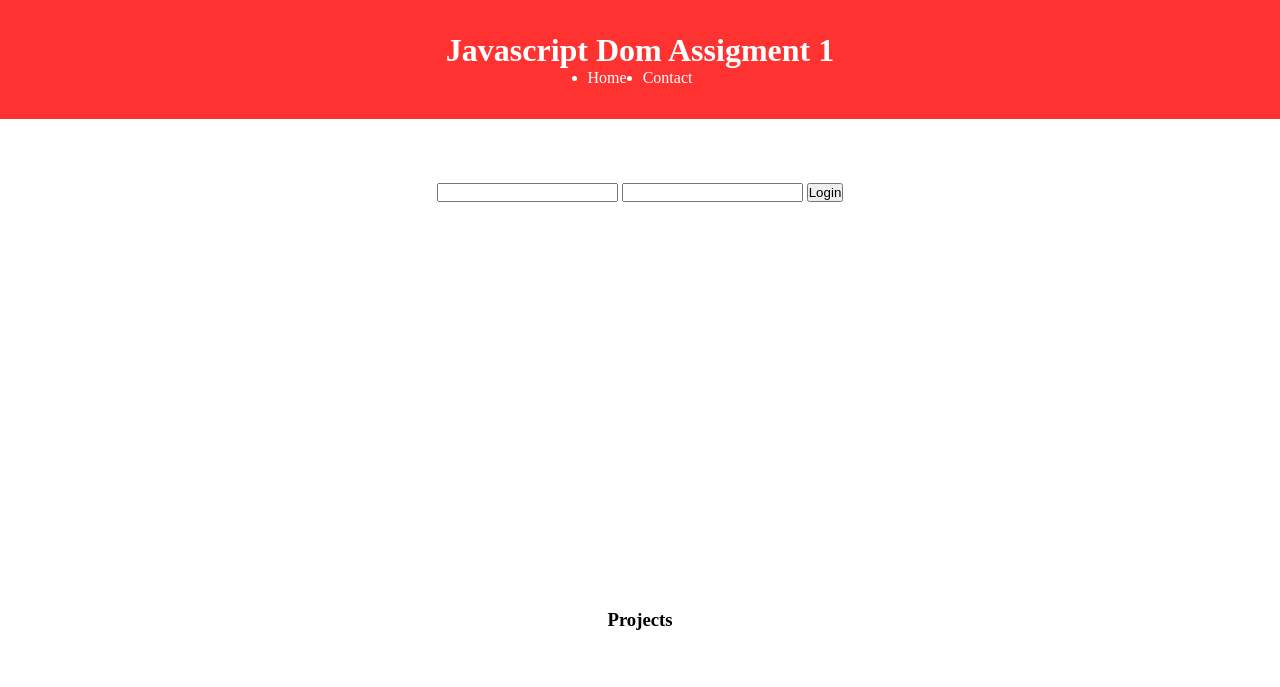
Repository: haakanerol/haakanerol
Page: Js.ass1/index.html
The author's editor kept a copy of each file at every save. The page is drawn from the files as they stood at one save, then again after a run of saves.
The browser window is 1280 px wide. The pictures show the whole page.

Above is the page before, as saved 2024-02-25 15:59:52.

After the next 2 saves:
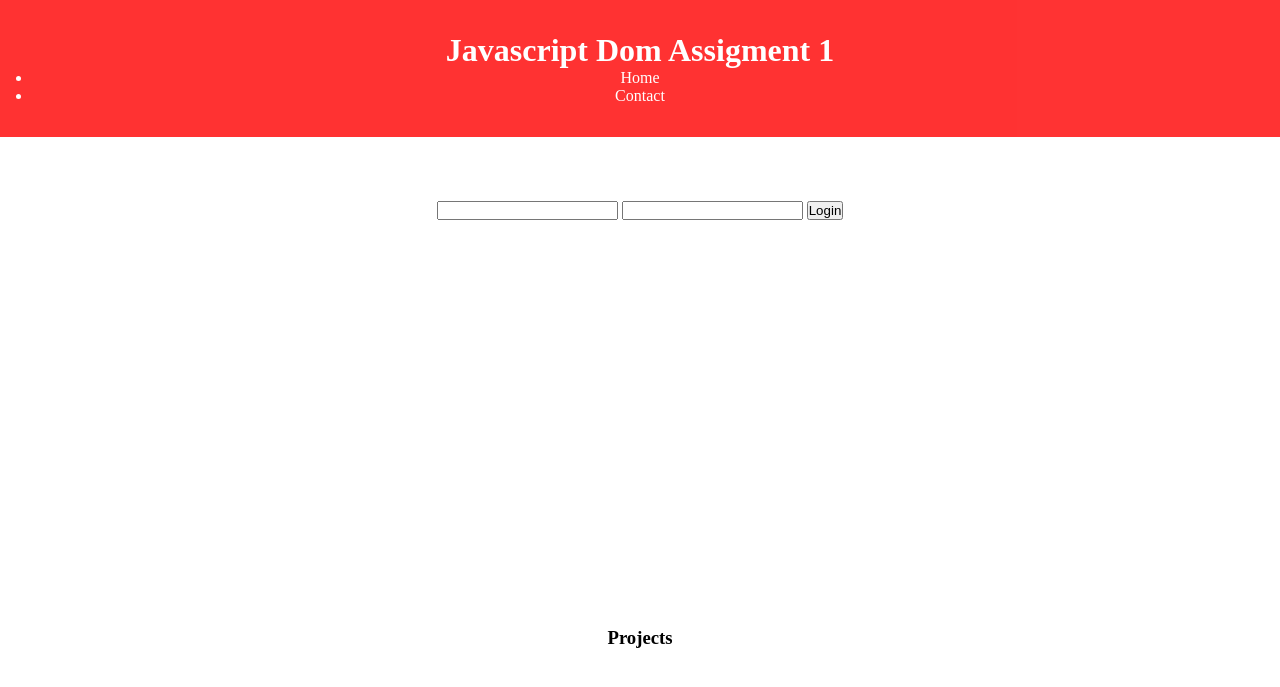
Console error: ReferenceError: N is not defined
The 2 saves are shown as one change because they came seconds apart.
The last was saved 31 s later.
--- a/Js.ass1/app.js
+++ b/Js.ass1/app.js
@@ -7,6 +7,7 @@
 
 newTitle = document.getElementById("title")
 newTitle.textContent = "Javascript Dom Assigment 1"
+N
 
 newNavItem = document.querySelector(".nav-item")
 newNavItem.style.display = "flex"

After the 3 saves that followed:
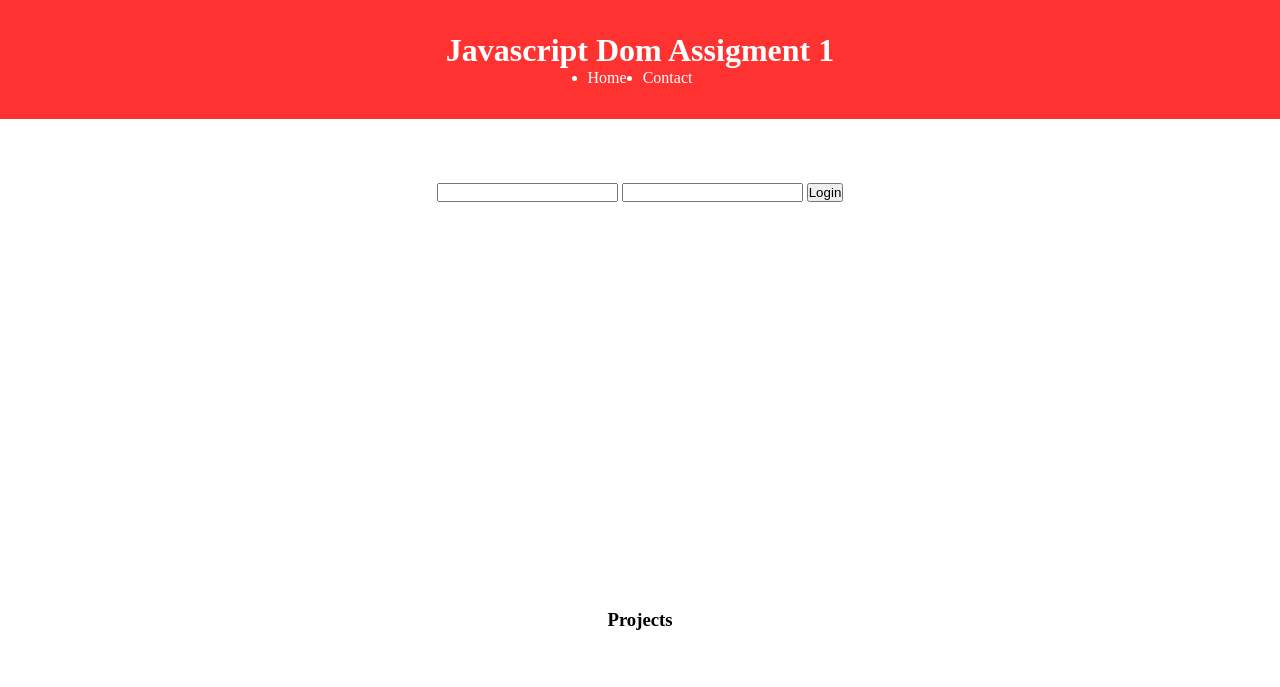
The error is gone.
The 3 saves are shown as one change because 1 left the picture as it was and some came seconds apart.
The last was saved 11 s later.
--- a/Js.ass1/app.js
+++ b/Js.ass1/app.js
@@ -7,7 +7,7 @@
 
 newTitle = document.getElementById("title")
 newTitle.textContent = "Javascript Dom Assigment 1"
-N
+newTitle.style.margin
 
 newNavItem = document.querySelector(".nav-item")
 newNavItem.style.display = "flex"
